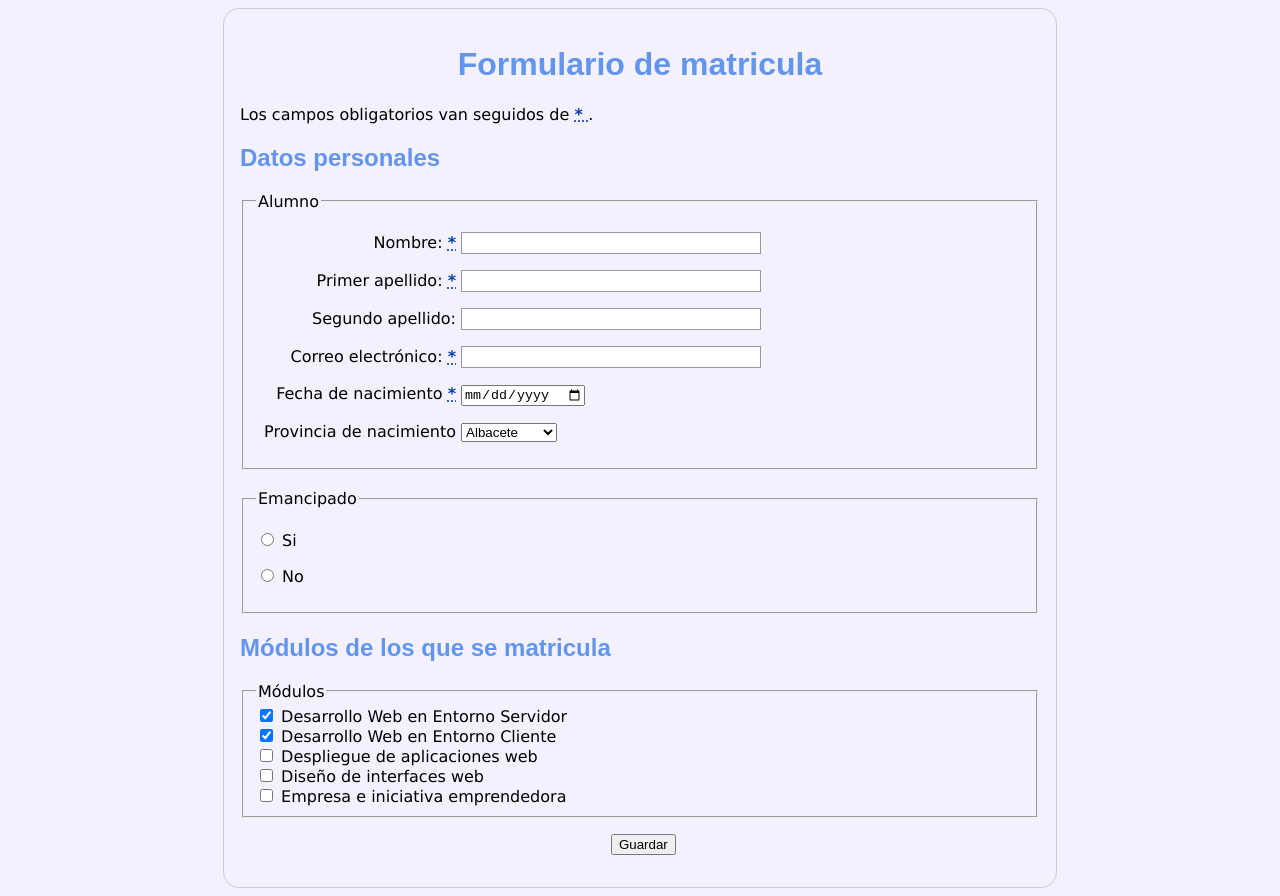
Repository: JavierMartinezAzarquiel/DWES-24-25
Page: http://localhost/TestJstl/matriculaalumno.jsp
The author's editor kept a copy of each file at every save. The page is drawn from the files as they stood at one save, then again after the next save.
The browser window is 1280 px wide. The pictures show the whole page.
The page is served by Tomcat 10.

Above is the page before, as saved 2024-09-24 11:53:12.

After the next save:
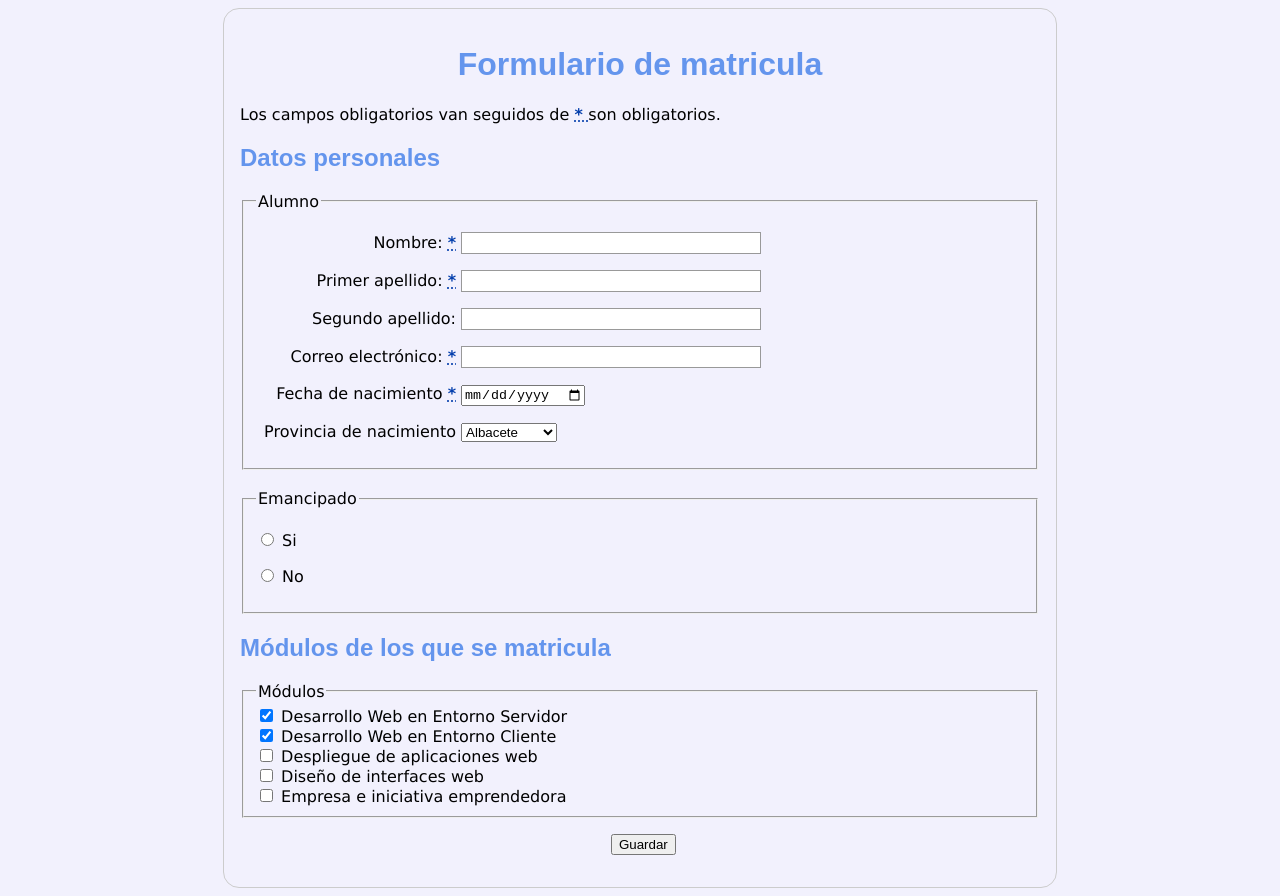
Saved 20 h 57 min later.
--- a/JSP-JDBC/TestJstl/src/main/webapp/matriculaalumno.jsp
+++ b/JSP-JDBC/TestJstl/src/main/webapp/matriculaalumno.jsp
@@ -11,7 +11,7 @@
 <body>
             <form action="Controller" method="POST">
                 <h1 class="azulcobalto centrar">Formulario de matricula</h1>
-                <p>Los campos obligatorios van seguidos de <strong> <abbr title = "Obligatorio"> * </abbr> </strong>.</p>
+                <p>Los campos obligatorios van seguidos de <strong> <abbr title = "Obligatorio"> * </abbr> </strong> son obligatorios.</p>
                 <section>
                     <h2 class="azulcobalto">Datos personales</h2>
                     <fieldset>
